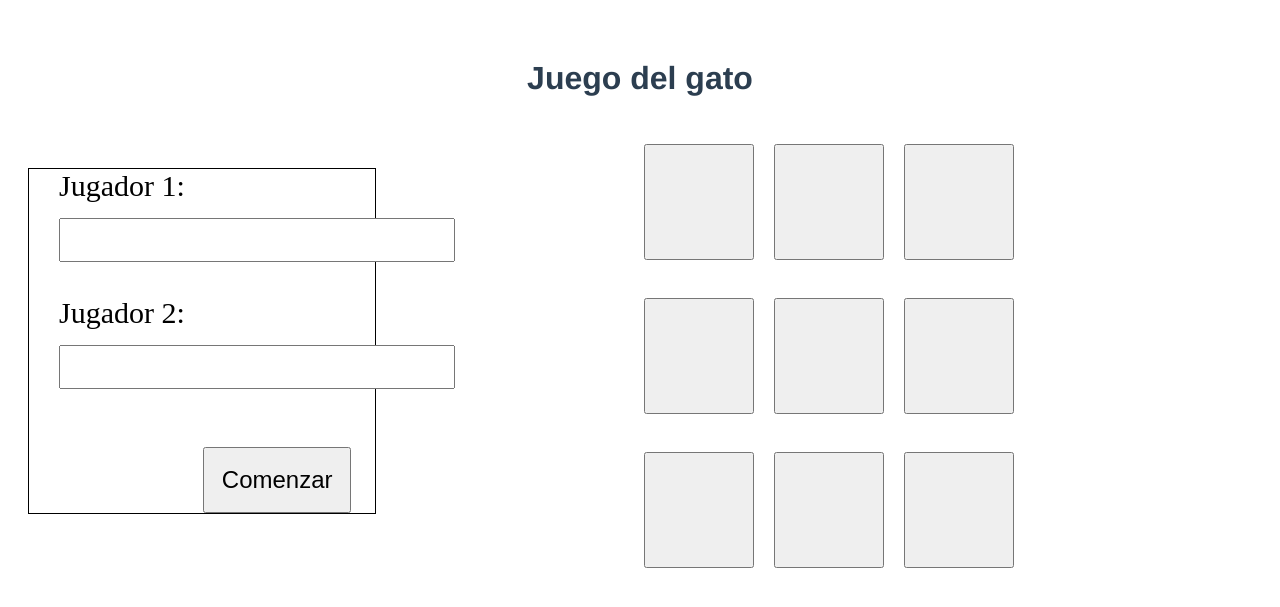
Repository: franciscamanquecheo/Taller-2
Page: / (app in vite-project/)
An editor plug-in stored every save of this project. The page is shown before and after the next save, followed by the edit.
The browser window is 1280 px wide. The pictures show the whole page.
The project was rebuilt for these pictures with package versions that can differ from the ones it lists, and the page was loaded fresh each time. Also part of the build but not shown: vite-project/vite.config.ts.

Above is the page before, as saved 2022-06-17 18:04:29.

After the next save:
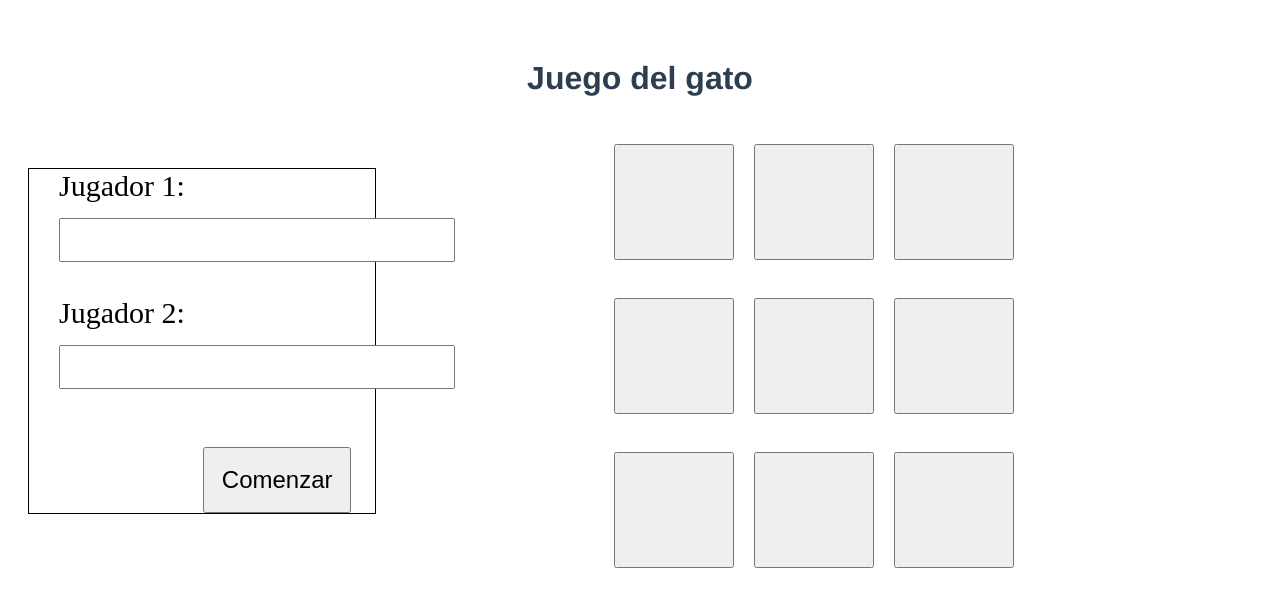
Saved 6 s later.
--- a/vite-project/src/App.vue
+++ b/vite-project/src/App.vue
@@ -79,7 +79,7 @@ article#Tablero input{
 
   font-size: 6em;
   height: 100 px;
-  width: 110px;
+  width: 120px;
   margin: 10px;
 
 }
